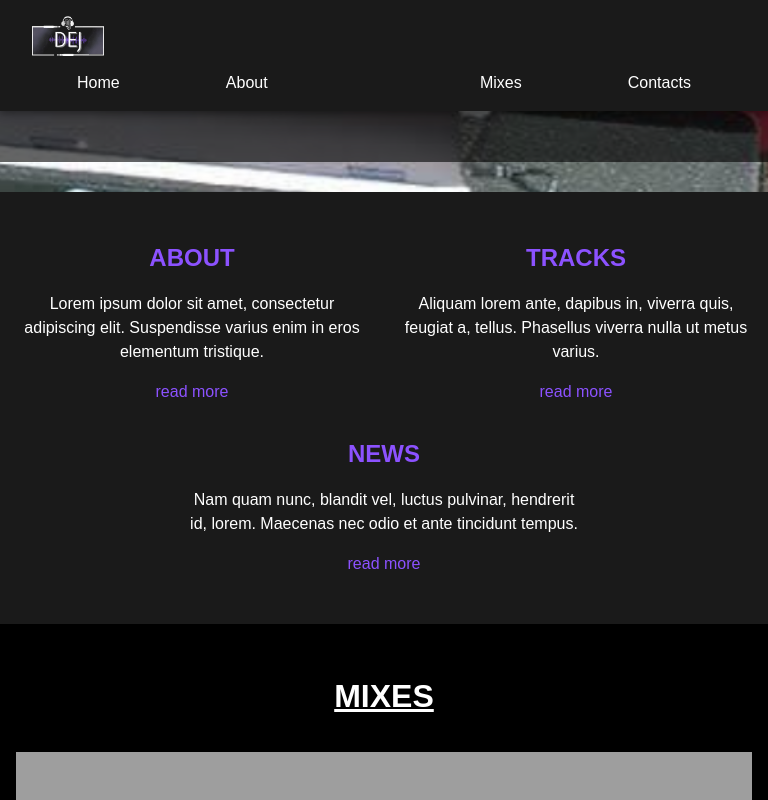
Repository: ErvinClay13/Dj-Dej-Website
Page: /
The author's editor kept a copy of each file at every save. The page is drawn from the files as they stood at one save, then again after the next save.
The browser window is 768 px wide. The pictures show the whole page.
Pictures or frames that could not be fetched are drawn as grey boxes. An inner scrolling area shows only its first screen. The project was rebuilt for these pictures with package versions that can differ from the ones it lists, and the page was loaded fresh each time. Also part of the build but not shown: vite.config.js.

Above is the page before, as saved 2025-05-09 21:50:10.

### src/App.jsx
// DJ Portfolio - React + Plain CSS Full Layout (Hero + Sections)

import React from "react";
import ReactDOM from "react-dom/client";
import "./App.css";

const App = () => {
  return (
    <div className="main-container">
      {/* Top Navigation */}
      <nav className="navbar">
        <div className="logo">
          <img src="/logo.png" alt="DJ DEJ Logo" className="logo-img" />
        </div>
        <ul className="nav-links">
          <li>
            <a href="#">Home</a>
          </li>
          <li>
            <a href="#">About</a>
          </li>
          <li>
            <a href="#"></a>
          </li>
          <li>
            <a href="#">Mixes</a>
          </li>
          <li>
            <a href="#">Contacts</a>
          </li>
        </ul>
      </nav>

      {/* Hero Section */}
      <header className="hero">
        <div className="hero-overlay">
          {/* <h1 className="dj-name">DJ DEJ</h1> */}
          <div className="logo">
            <img src="/logo.png" alt="DJ DEJ Logo" className="logo-img2" />
          </div>
          <div className="hero-buttons">
            <button className="btn light">BOOK ME</button>
          </div>
        </div>
      </header>

      {/* Sections */}
      <section className="info-section">
        <div className="info-block">
          <h2>ABOUT</h2>
          <p>
            Lorem ipsum dolor sit amet, consectetur adipiscing elit. Suspendisse
            varius enim in eros elementum tristique.
          </p>
          <a href="#">read more</a>
        </div>
        <div className="info-block">
          <h2>TRACKS</h2>
          <p>
            Aliquam lorem ante, dapibus in, viverra quis, feugiat a, tellus.
            Phasellus viverra nulla ut metus varius.
          </p>
          <a href="#">read more</a>
        </div>
        <div className="info-block">
          <h2>NEWS</h2>
          <p>
            Nam quam nunc, blandit vel, luctus pulvinar, hendrerit id, lorem.
            Maecenas nec odio et ante tincidunt tempus.
          </p>
          <a href="#">read more</a>
        </div>
      </section>

      <section className="mixes-section">
        <h2 className="mixes-title">Mixes</h2>

        <div className="mixcloud-embed">
          <iframe
            width="100%"
            height="120"
            style={{ border: "none" }}
            allow="autoplay"
            title="Mix 1"
            src="https://www.mixcloud.com/widget/iframe/?feed=%2FApeCode%2Fdj-dej-mix-1%2F&hide_cover=0&light=0"
          ></iframe>
        </div>

        <div className="mixcloud-embed">
          <iframe
            width="100%"
            height="120"
            style={{ border: "none" }}
            allow="autoplay"
            title="Mix 1"
            src="https://www.mixcloud.com/widget/iframe/?feed=%2FApeCode%2Fhouse_juke%2F&hide_cover=0&light=0"
          ></iframe>
        </div>

        <div className="mixcloud-embed">
          <iframe
            width="100%"
            height="120"
            style={{ border: "none" }}
            allow="autoplay"
            title="Mix 1"
            src="https://www.mixcloud.com/widget/iframe/?feed=%2FApeCode%2Fthrowbacks%2F&hide_cover=0&light=0"
          ></iframe>
        </div>
      </section>
    </div>
  );
};

export default App;

// import React from "react";
// import ReactDOM from "react-dom/client";
// import "./App.css";

// const App = () => {
//   return (
//     <div className="main-container">
//       {/* Top Navigation */}
//       <nav className="navbar">
//         <div className="logo">Dj DEJ</div>
//         <ul className="nav-links">
//           <li><a href="#">Home</a></li>
//           <li><a href="#">About</a></li>
//           <li><a href="#">Blog</a></li>
//           <li><a href="#">Releases</a></li>
//           <li><a href="#">Contacts</a></li>
//         </ul>
//       </nav>

//       {/* Hero Section */}
//       <header className="hero">
//         <div className="hero-overlay">
//           <h1 className="dj-name">DJ DEJ</h1>
//           <p className="tagline">THE BEST PARTY THIS YEAR</p>
//           <p className="date">12 JUNE, 2025</p>
//           <div className="hero-buttons">
//             <button className="btn dark">READ MORE</button>
//             <button className="btn light">JOIN US!</button>
//           </div>
//         </div>
//       </header>

//       {/* Sections */}
//       <section className="info-section">
//         <div className="info-block">
//           <h2>ABOUT</h2>
//           <p>Lorem ipsum dolor sit amet, consectetur adipiscing elit. Suspendisse varius enim in eros elementum tristique.</p>
//           <a href="#">read more</a>
//         </div>
//         <div className="info-block">
//           <h2>TRACKS</h2>
//           <p>Aliquam lorem ante, dapibus in, viverra quis, feugiat a, tellus. Phasellus viverra nulla ut metus varius.</p>
//           <a href="#">read more</a>
//         </div>
//         <div className="info-block">
//           <h2>NEWS</h2>
//           <p>Nam quam nunc, blandit vel, luctus pulvinar, hendrerit id, lorem. Maecenas nec odio et ante tincidunt tempus.</p>
//           <a href="#">read more</a>
//         </div>
//       </section>
//     </div>
//   );
// };

// export default App;

### src/App.css
/* Reset & global styles */
* {
  margin: 0;
  padding: 0;
  box-sizing: border-box;
}

html, body {
  width: 100%;
  height: 100%;
  font-family: 'Arial', sans-serif;
  background-color: #111;
  color: #fff;
  overflow-x: hidden;
}

/* Container */
.main-container {
  width: 100%;
}

/* Navbar - Fixed Top */
.navbar {
  position: fixed;
  top: 0;
  left: 0;
  width: 100%;
  z-index: 1000;
  background-color: #1a1a1a;
  display: flex;
  justify-content: space-between;
  align-items: center;
  padding: 1rem 2rem;
  box-shadow: 0 2px 8px rgba(0, 0, 0, 0.4);
  flex-wrap: wrap;
}

.logo-img {
  height: 40px;
  object-fit: contain;
}

.logo-img2 {
  margin-top: 50px;
  margin-bottom: 20px;
  height: 250px;
  object-fit: contain;

}

.nav-links {
  display: flex;
  flex-wrap: wrap;
  gap: 1rem;
  list-style: none;
}

.nav-links li a {
  color: white;
  text-decoration: none;
  font-weight: 500;
}

.nav-links li a:hover {
  color: #8c52ff;
}

/* Hero Section */
.hero {
  width: 100vw;
  height: 100vh;
  padding-top: 80px; /* Avoid overlap with fixed navbar */
  background: url('/hero.jpg') center/cover no-repeat;
  display: flex;
  align-items: center;
  justify-content: center;
  position: relative;
}

.hero-overlay {
  background: rgba(0, 0, 0, 0.6);
  width: 100%;
  height: 500px;
  padding: 2rem;
  text-align: center;
}

.dj-name {
  font-size: 3rem;
  color: #8c52ff;

}

.tagline {
  font-size: 1.5rem;
  margin: 0.5rem 0;
}

.date {
  font-size: 1rem;
  color: #ccc;
  margin-bottom: 1rem;
}

.hero-buttons {
  display: flex;
  flex-wrap: wrap;
  gap: 1rem;
  justify-content: center;
}

.btn {
  padding: 0.75rem 1.5rem;
  border: none;
  cursor: pointer;
  font-weight: bold;
  font-size: 1rem;
}

.btn.dark {
  background-color: #222;
  color: white;
}

.btn.light {
  /* background-color: #8c52ff; */
  background-color: white;
  color: #8c52ff;
}

.btn.light:hover {
  /* background-color: black; */
  background-color: #8c52ff;
  color: white;
}

/* Info Sections */
.info-section {
  display: flex;
  flex-wrap: wrap;
  justify-content: center;
  padding: 3rem 1rem;
  background-color: #1a1a1a;
  gap: 2rem;
}

.info-block {
  flex: 1 1 300px;
  max-width: 400px;
  text-align: center;
}

.info-block h2 {
  color: #8c52ff;
  margin-bottom: 1rem;
}

.info-block a {
  color: #8c52ff;
  text-decoration: none;
  display: block;
  margin-top: 1rem;
}

.info-block a:hover {
  text-decoration: underline;
}

/* Responsive Tweaks */
@media (max-width: 768px) {
  .dj-name {
    font-size: 2.2rem;
  }

  .tagline {
    font-size: 1.2rem;
  }

  .hero {
    height: 80vh;
  }

  .navbar {
    flex-direction: column;
    align-items: flex-start;
  }

  .nav-links {
    width: 100%;
    justify-content: space-around;
    padding-top: 0.5rem;
  }

  .mixes-section {
    background-color: #000;
    padding: 3rem 1rem;
    text-align: center;
  }

  .mixes-title {
    color: #fff;
    font-size: 2rem;
    margin-bottom: 2rem;
    text-transform: uppercase;
    text-decoration: underline;
  }

  .mixcloud-embed {
    max-width: 800px;
    margin: 2rem auto;
    margin-bottom: 4px;
  }

}

Loaded but not shown: index.html (common file); src/main.jsx (common file); src/index.css (common file)

After the next save:
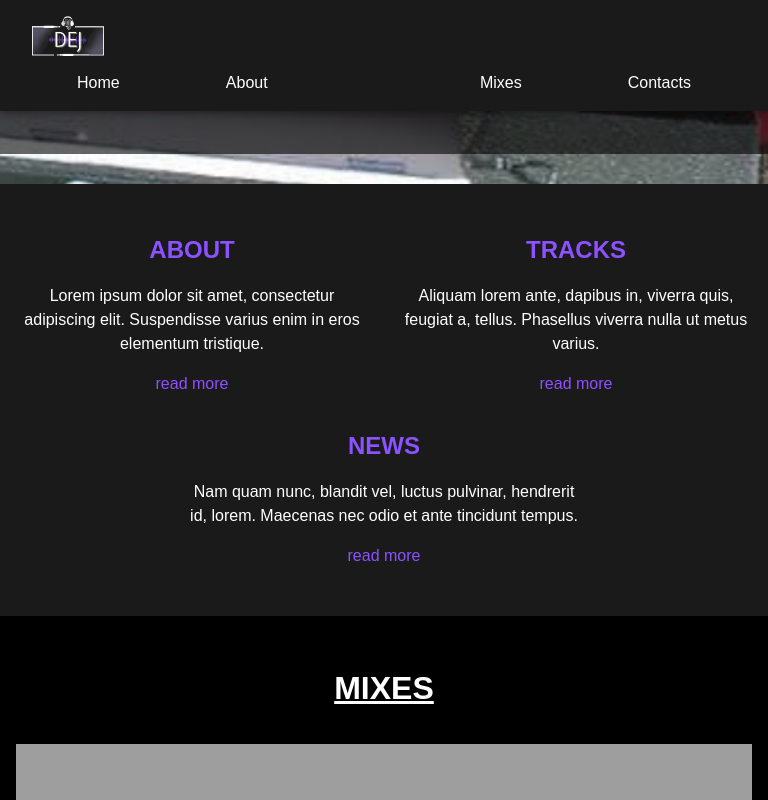
Saved 16 s later.
--- a/src/App.css
+++ b/src/App.css
@@ -208,7 +208,7 @@
   .mixcloud-embed {
     max-width: 800px;
     margin: 2rem auto;
-    margin-bottom: 4px;
-  }
-
-}
+    margin-bottom: 20px;
+  }
+
+}
